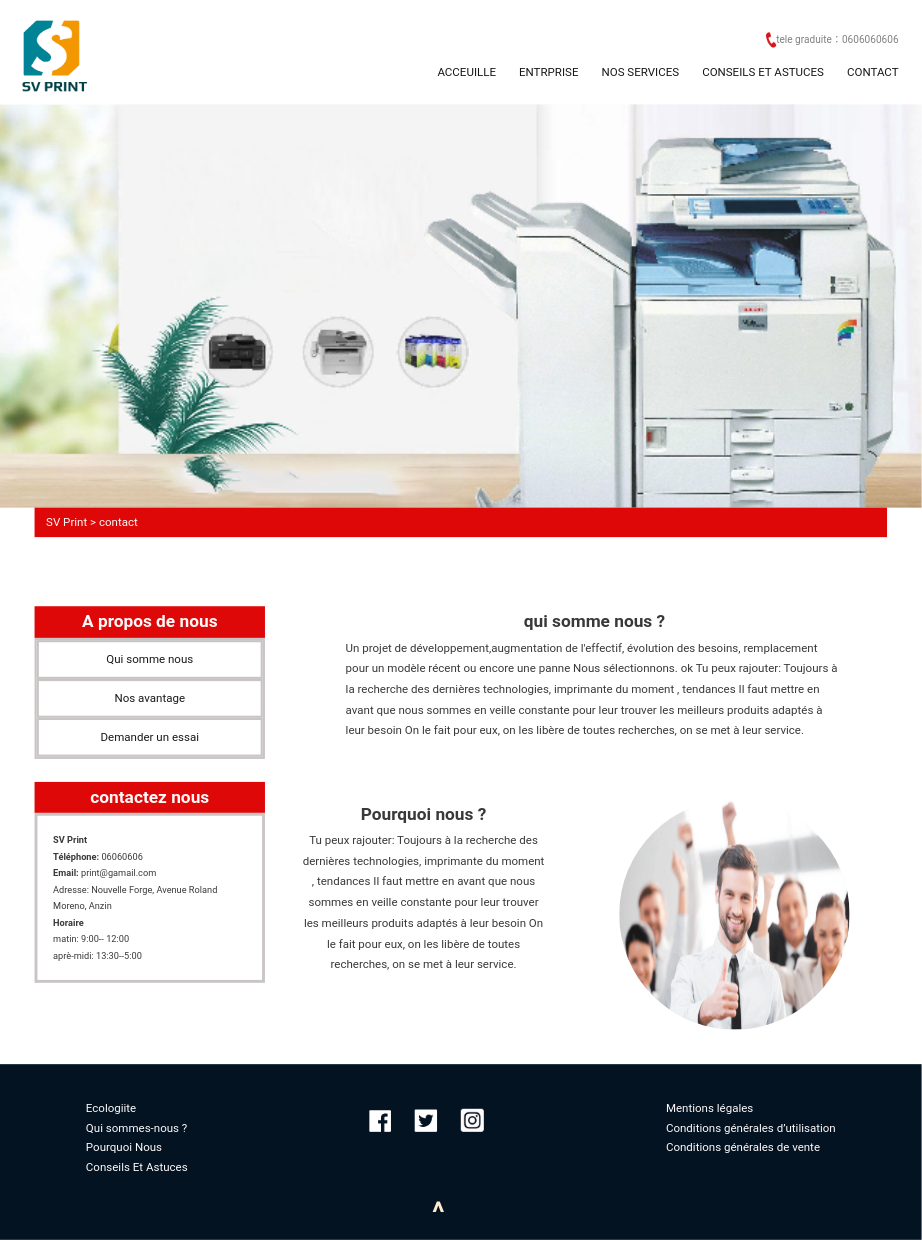
Repository: clairedupuich/sv_print
Page: index.html
An editor plug-in stored every save of this project. The page is shown before and after a run of saves, followed by the edit.
The browser window is 1280 px wide. The pictures show the whole page, at 72% of full size.

Above is the page before, as saved 2020-12-04 00:58:17.
Console error: TypeError: Cannot read properties of null (reading 'appendChild')

After the next 2 saves:
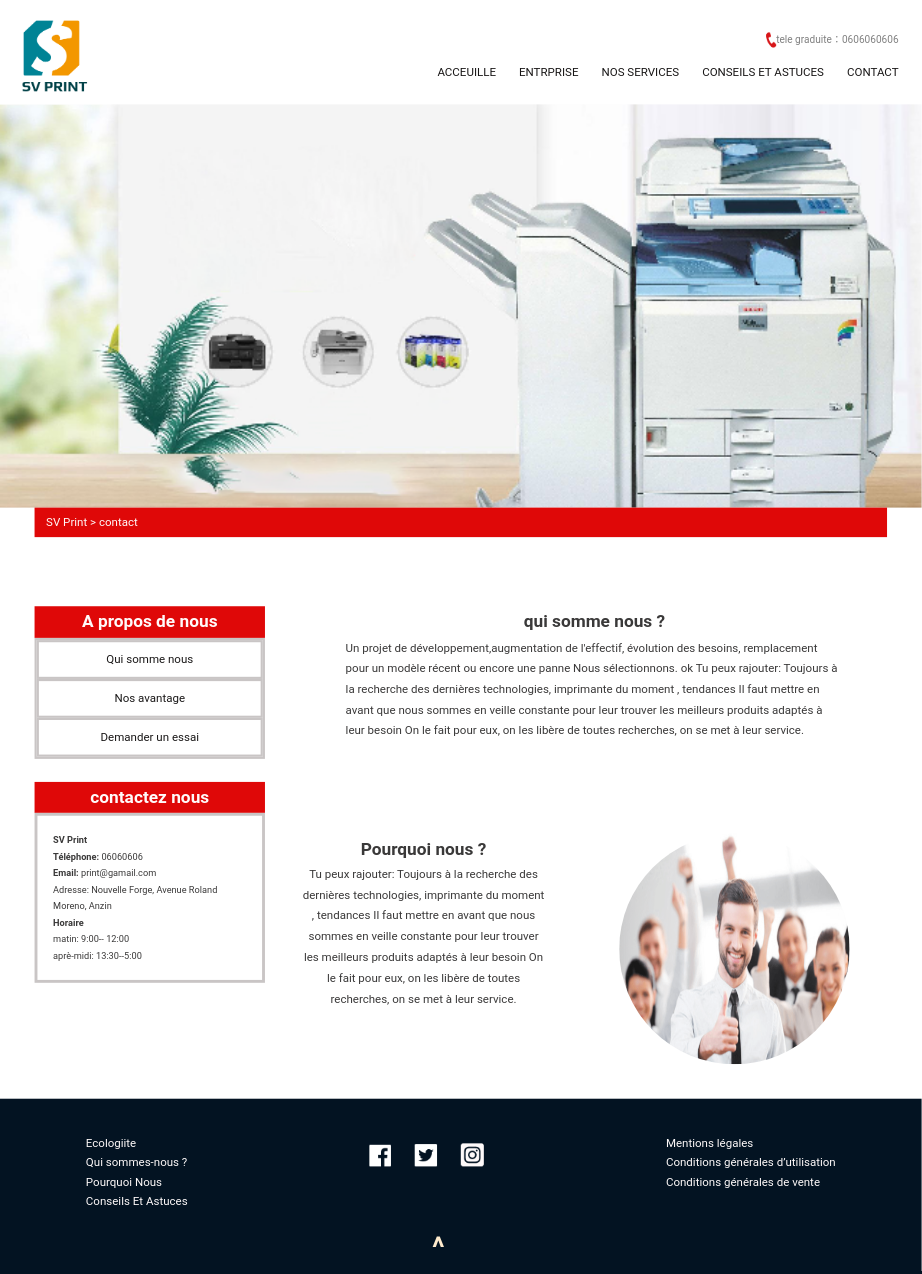
The 2 saves are shown as one change because they came seconds apart.
The last was saved 24 s later.
--- a/style.css
+++ b/style.css
@@ -261,7 +261,7 @@
 .presant {
     width: 80%;
     margin-left: 7em;
-    margin-bottom: 5em;
+    margin-bottom: 8em;
 }
 .avandage_e {
     display: flex;
